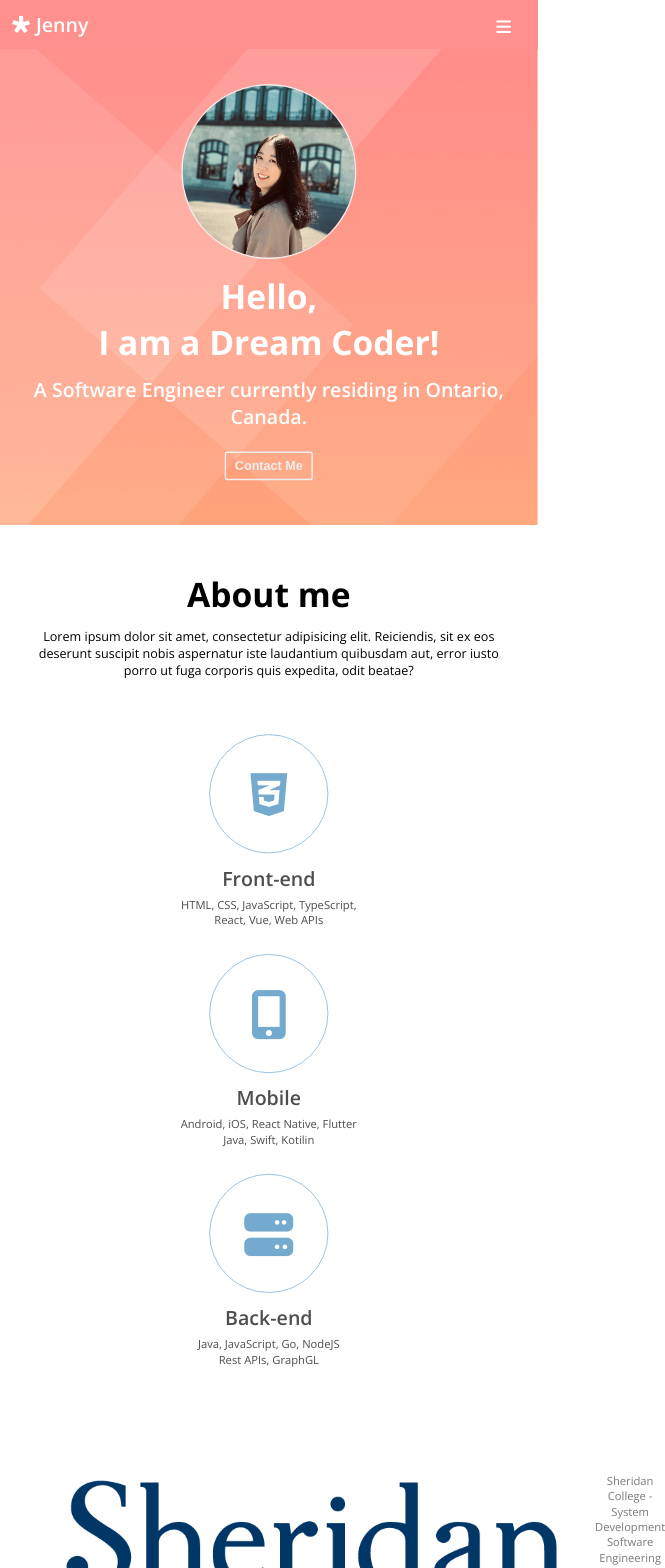
Repository: jennyjjung/portfolio.v0
Page: index.html
These files come from the project's save history. The page is drawn as it stood at one moment and after the next save; the edit follows.
The browser window is 768 px wide. The page is 950 px wide, so the pictures cover 950 px, including what lies to the right of the window. The pictures show the part of the page from y = 0 to 2240 px (the page is 5944 px tall), at 70% of full size.
Some web libraries are served in a nearby version.

Above is the page before, as saved 2022-02-28 11:23:23.

### index.html
<!DOCTYPE html>
<html lang="en">

<head>
  <meta charset="UTF-8">
  <meta http-equiv="X-UA-Compatible" content="IE=edge">
  <meta name="viewport" content="width=device-width, initial-scale=1.0">
  <title>Jenny's Portfolio</title>
  <meta name="description" content="Portfolio for world-renowned software engineer Jenny">
  <meta nema="author" content="Jenny">
  <link rel="icon" type="image/png" href="imgs/favicon.png" />
  <script src="https://kit.fontawesome.com/3a426e8432.js" crossorigin="anonymous"></script>
  <link rel="preconnect" href="https://fonts.googleapis.com">
  <link rel="preconnect" href="https://fonts.gstatic.com" crossorigin>
  <link href="https://fonts.googleapis.com/css2?family=Open+Sans:wght@400;600;700&display=swap" rel="stylesheet">
  <link rel="stylesheet" href="style.css" />
  <script src="main.js" defer></script>
</head>

<body>
  <!-- Navbar -->
  <nav id="navbar">
    <div class="navbar__logo">
      <i class="fab fa-diaspora"></i>
      <a href="#">Jenny</a>
    </div>
    <div class="navbar__menu">
        <li class="navbar__menu__item active" data-link="#home">Home</li>
        <li class="navbar__menu__item" data-link="#about">About</li>
        <li class="navbar__menu__item" data-link="#skills">Skills</li>
        <li class="navbar__menu__item" data-link="#work">My Work</li>
        <li class="navbar__menu__item" data-link="#testimonials">Testimonial</li>
        <li class="navbar__menu__item" data-link="#contact">Contact</li>
    </div>

    <!-- Toggel button -->
    <button class="navbar__toggle-btn">
      <i class="fas fa-bars"></i>
    </button>



  </nav>

  <!-- Home -->
  <section id="home">
    <div class= "home__container">
      <img src="imgs/profile.png" alt="Jenny's profile photo" class="home__avartar">
      <h1 class="home__title">Hello, <br>I am a Dream Coder!</h1>
      <h2 class="home__description">A Software Engineer currently residing in Ontario, Canada.</h2>
      <button class="home__contact">Contact Me</button>
    </div>
  </section>

  <!-- About -->
  <section id="about" class="section section__container">
    <h1>About me</h1>
    <p>
      Lorem ipsum dolor sit amet, consectetur adipisicing elit. Reiciendis, sit ex eos deserunt suscipit nobis
      aspernatur iste laudantium quibusdam aut, error iusto porro ut fuga corporis quis expedita, odit beatae?
    </p>
    <div class="about__majors">
      <div class="major">
        <div class="major__icon">
          <i class="fab fa-css3-alt"></i>
        </div>
        <h2 class="major__title">Front-end</h2>
        <div class="major__description">HTML, CSS, JavaScript, TypeScript, <br>React, Vue, Web APIs</div>
      </div>
      <div class="major">
        <div class="major__icon">
          <i class="fas fa-mobile-alt"></i>
        </div>
        <h2 class="major__title">Mobile</h2>
        <div class="major__description">Android, iOS, React Native, Flutter<br>Java, Swift, Kotilin</div>
      </div>
      <div class="major">
        <div class="major__icon">
          <i class="fas fa-server"></i>
        </div>
        <h2 class="major__title">Back-end</h2>
        <div class="major__description">Java, JavaScript, Go, NodeJS<br>Rest APIs, GraphGL</div>
      </div>
    </div>
    <div class="about__org">
      <div class="org">
        <img src="imgs/Sheridan_College_Logo.png" alt="Sheridan College" class="org__logo">
        <div class="job__description">
          <p class="org__name">Sheridan College - System Development Software Engineering</p>
          <p class="org__period">2021 Jan - Until now</p>
        </div>
      </div>
    </div>
  </section>

  <!-- Skills -->
  <section id="skills" class="section">
    <div class="section__container">
      <h1>Skills</h1>
      <h2>Skills & Attributes</h2>
      <p>
        Experience with all phases of the software life-cycle. Passion for learning new technologies. Capable of working
        within a team environment and independently. Ability to plan and time scheedule, work under strict time pressure
        and adapt quickly when needed.
      </p>

      <div class="skillset">
        <div class="skillset__left">
          <h3 class="skillset_title">Skills</h3>
          <div class="skill">
            <div class="skill_description">
              <span>Java</span>
              <span>80%</span>
            </div>
            <div class="skill__bar">
              <div class="skill__value" style="width:80%;"></div>
            </div>
          </div>
          <div class="skill">
            <div class="skill_description">
              <span>HTML, CSS</span>
              <span>95%</span>
            </div>
            <div class="skill__bar">
              <div class="skill__value" style="width:90%;"></div>
            </div>
          </div>
          <div class="skill">
            <div class="skill_description">
              <span>JavaScripnt</span>
              <span>80%</span>
            </div>
            <div class="skill__bar">
              <div class="skill__value" style="width:80%;"></div>
            </div>
          </div>
          <div class="skill">
            <div class="skill_description">
              <span>PHP</span>
              <span>50%</span>
            </div>
            <div class="skill__bar">
              <div class="skill__value" style="width:50%;"></div>
            </div>
          </div>
        </div>

        <div class="skillset__right">
          <div class="tools">
            <h3 class="skillset_title">Tools</h3>
            <ul class="tools__list">
              <li><span>Eclipse, Netbeans, IntelliJ</span></li>
              <li><span>Visual Studio Code, Atom</span></li>
              <li><span>Azure Data Studio</span></li>
              <li><span>Visual Paradigm</span></li>
            </ul>
          </div>
          <div class="technologies">
            <h3 class="skillset_title">Technologies</h3>
            <ul class="tools__list">
              <li><span>Linux</span></li>
              <li><span>Web Development</span></li>
              <li><span>Git</span></li>
            </ul>
          </div>
        </div>
      </div>
    </div>
  </section>

  <!-- Work -->
  <section id="work" class="section">
    <div class="section__container">
      <h1>My work</h1>
      <h3>Projects</h3>
      <div class="work__categories">
        <button class="category__btn selected" data-filter="*">All <span class="category__count">8</span></button>
        <button class="category__btn" data-filter="front-end">Front-end <span class="category__count">3</span></button>
        <button class="category__btn" data-filter="back-end">Back-end <span class="category__count">3</span></button>
        <button class="category__btn" data-filter="mobile">Mobile <span class="category__count">2</span></button>
      </div>

      <div class="work__projects">
        <a href="#" class="project" target="blank" data-type="front-end">
          <img class="project__img" src="imgs/projects/project1.png" alt="project1">
          <div class="project__description">
            <h3>Youtube Site</h3>
            <span>Clone coding with HTML and CSS</span>
          </div>
        </a>


        <a href="#" class="project" target="blank" data-type="back-end">
          <img class="project__img" src="imgs/projects/project2.png" alt="project2">
          <div class="project__description">
            <h3>project2</h3>
            <span>Clone coding with HTML and CSS</span>
          </div>
        </a>

        <a href="#" class="project" target="blank" data-type="front-end">
          <img class="project__img" src="imgs/projects/project3.png" alt="project3">
          <div class="project__description">
            <h3>project3</h3>
            <span>Clone coding with HTML and CSS</span>
          </div>
        </a>

        <a href="#" class="project" target="blank" data-type="back-end">
          <img class="project__img" src="imgs/projects/project4.png" alt="project4">
          <div class="project__description">
            <h3>project4</h3>
            <span>Clone coding with HTML and CSS</span>
          </div>
        </a>

        <a href="#" class="project" target="blank" data-type="mobile">
          <img class="project__img" src="imgs/projects/project5.png" alt="project5">
          <div class="project__description">
            <h3>project5</h3>
            <span>Clone coding with HTML and CSS</span>
          </div>
        </a>


        <a href="#" class="project" target="blank" data-type="front-end">
          <img class="project__img" src="imgs/projects/project6.png" alt="project6">
          <div class="project__description">
            <h3>project6</h3>
            <span>Clone coding with HTML and CSS</span>
          </div>
        </a>


        <a href="#" class="project" target="blank" data-type="mobile">
          <img class="project__img" src="imgs/projects/project7.png" alt="project7">
          <div class="project__description">
            <h3>project7</h3>
            <span>Clone coding with HTML and CSS</span>
          </div>
        </a>


        <a href="#" class="project" target="blank" data-type="back-end">
          <img class="project__img" src="imgs/projects/project8.png" alt="project8">
          <div class="project__description">
            <h3>project8</h3>
            <span>Clone coding with HTML and CSS</span>
          </div>
        </a>
      </div>
    </div>
  </section>

  <!-- Testimonials -->
  <section id="testimonials" class="section">
    <div class="section__container">
      <h1>Testimonials</h1>
      <h3>See what they say about me</h3>
      <div class="testimonials">
        <div class="testimonial">
          <img src="imgs/testimonial/bob.jpg" alt="People" class="testimonial__avatar">
          <div class="testimonial__speech-bubble">
            <p>Lorem ipsum dolor sit amet consectetur adipisicing elit. Laboriosam, labore rem? Totam, vitae. Explicabo accusantium fuga, blanditiis dicta placeat ducimus delectus incidunt atque illo debitis nemo exercitationem animi consequatur rerum.</p>
            <p class="name"><a href="#">Ellie </a>/ Samsung</p>
          </div>
        </div>
      </div>

      <div class="testimonials">
        <div class="testimonial">
          <div class="testimonial__speech-bubble">
            <p>Lorem ipsum dolor sit amet consectetur adipisicing elit. Laboriosam, labore rem? Totam, vitae. Explicabo accusantium fuga, blanditiis dicta placeat ducimus delectus incidunt atque illo debitis nemo exercitationem animi consequatur rerum.</p>
            <p class="name"><a href="#">Chris </a>/ Samsung</p>
          </div>
          <img src="imgs/testimonial/bob.jpg" alt="People" class="testimonial__avatar">
        </div>
      </div>
    </div>

  </section>

  <!-- Contact -->
  <section id="contact" class="section">
    <h1 class="contact__title">Let's talk</h1>
    <h2 class="contact__email">jungjuyo@sheridancollege.ca</h2>
    <div class="contact__links">
      <a href="https://github.com/jennyjjung" target="_blank">
        <i class="fa fa-github"></i>
      </a>
      <a href="https://www.linkedin.com/in/jennyjjung" target="_blank">
        <i class="fa fa-linkedin-square"></i>
      </a>
    </div>
    <p class="contact__rights">2021 Jenny Juyoung Jung - All reights reserved</p>
  </section>

  <!-- Arrow up-->
  <button class="arrow-up">
    <i class="fa-solid fa-arrow-up"></i>
  </button>
</body>

</html>

### style.css
/* Global */
:root {
  /* Color */
  --color-white: #ffffff;
  --color-light-white: #eeeeee;
  --color-dark-white: #bdbdbd;
  --color-pink: #fe918d;
  --color-dark-pink: #ff6863;
  --color-dark-grey: #4d4d4d;
  --color-grey: #616161;
  --color-light-grey: #7c7979;
  --color-blue: #73aace;
  --color-yellow: #fff7d1;
  --color-orange: #feb546;
  --color-black: #000000;

  /* Font weight */
  --weight-bold: 700;
  --weight-semi-bold: 600;
  --weight-regular: 400;

  /* Font Size */
  --font-large: 48px;
  --font-medium: 28px;
  --font-regular: 18px;
  --font-small: 16px;
  --font-micro: 14px;

  /* Size */
  --size-border-radius: 4px;

  /* Animation */
  --animation-duration: 300ms;
}

/* Universal tags */
* {
  box-sizing: border-box;
}

body {
  margin: 0;
  font-family: "Open Sans", sans-serif;
  cursor: default;
}

a {
  text-decoration: none;
  color: var(--color-white);
}

ul {
  list-style: none;
  padding-left: 0;
}

li {
  list-style: none;
}

button {
  background-color: transparent;
  cursor: pointer;
  border: none;
  outline: none;
}

/* Typography */
h1 {
  font-size: var(--font-large);
  font-weight: var(--weight-bold);
  color: var(--color-black);
  margin: 16px 0px;
}

h2 {
  font-size: var(--font-medium);
  font-weight: var(--weight-semi-bold);
  color: var(--color-black);
  margin: 8px 0;
}

h3 {
  font-size: var(--font-regular);
  font-weight: var(--weight-regular);
  color: var(--color-black);
  margin: 8px 0;
}

p {
  font-size: var(--font-regular);
  font-weight: var(--weight-regular);
  color: var(--color-black);
  margin: 4px 0;
}

/* Navbar */
#navbar {
  position: fixed;
  width: 100%;
  display: flex;
  justify-content: space-between;
  background-color: transparent;
  align-items: center;
  color: var(--color-white);
  padding: 16px;
  transition: all var(--animation-duration) ease-in-out;
  z-index: 1;
}

#navbar.navbar--dark {
  background-color: var(--color-pink);
  padding: 5px;
}

.navbar__menu {
  display: flex;
}

.navbar__logo {
  font-size: var(--font-medium);
  font-weight: var(--weight-semi-bold);
}

.navbar__menu__item {
  padding: 8px 12px;
  margin: 0 4px;
  cursor: pointer;
  color: var(--color-white);
  border: 1px solid transparent;
  border-radius: var(--size-border-radius);
}

.navbar__menu__item:hover {
  border-color: var(--color-white);
  background-color: var(--color-dark-pink);
}

.navbar__toggle-btn {
  position: absolute;
  right: 32px;
  font-size: 24px;
  color: var(--color-white);
  top: 24px;
  display: none;
}

/* Home */
#home {
  background: url("imgs/homebackground.png") center/cover no-repeat;
  padding: 40px;
  padding-top: 120px;
  text-align: center;
}

.home__avartar {
  width: 250px;
  height: 250px;
  border-radius: 50%;
  border: 2px solid var(--color-light-white);
}

.home__title,
.home__description {
  color: var(--color-white);
}

.home__contact {
  color: var(--color-light-white);
  font-size: var(--font-regular);
  font-weight: var(--weight-bold);
  margin: 24px;
  padding: 8px 12px;
  border: 2px solid var(--color-light-white);
  border-radius: var(--size-border-radius);
}

/* Section common */
.section {
  padding: 50px;
  text-align: center;
  margin: auto;
}

.section__container {
  max-width: 1200px;
  margin: auto;
}

/* About */
.about__majors {
  display: flex;
  justify-content: space-between;
  margin: 80px 0;
}

.major__icon {
  width: 170px;
  height: 170px;
  line-height: 170px;
  font-size: 70px;
  margin: auto;
  color: var(--color-blue);
  border: 1px solid var(--color-blue);
  border-radius: 50%;
  margin-bottom: 16px;
}

.major__icon i {
  transition: all var(--animation-duration) ease;
}

.major__icon:hover i {
  color: var(--color-pink);
  transform: rotate(-30deg) scale(1.1);
}

.major__title,
.major__description {
  color: var(--color-dark-grey);
}

.major__description {
  font-size: var(--font-small);
}

.org {
  display: flex;
  align-items: center;
}

.org__description {
  margin: 0 16px;
  text-align: left;
}

.org__name,
.org__period {
  color: var(--color-light-grey);
}

.org__name {
  font-size: var(--font-small);
}

.org__period {
  font-size: var(--font-micro);
}

/* Skill */

#skills {
  background-color: var(--color-yellow);
}

.skillset {
  display: flex;
  background-color: var(--color-light-grey);
  color: var(--color-light-white);
  margin: 20px 0;
}

.skillset_title {
  color: var(--color-white);
}

.skillset__left {
  flex-basis: 60%;
  background-color: var(--color-dark-grey);
  padding: 20px 40px;
}

.skill {
  margin-bottom: 32px;
}

.skill_description {
  display: flex;
  justify-content: space-between;
}

.skill__bar {
  width: 100%;
  height: 3px;
  background-color: var(--color-grey);
}

.skill__value {
  height: 3px;
  background-color: var(--color-orange);
}

.skillset__right {
  flex-basis: 40%;
}

.tools {
  background-color: var(--color-grey);
}

.tools,
.technologies {
  padding: 20px;
}

/* Work */

.work__categories {
  margin: 40px;
}
.category__btn {
  border: 1px solid var(--color-dark-white);
  border-radius: var(--size-border-radius);
  font-size: var(--font-regular);
  padding: 8px 48px;
}

.category__btn.selected,
.category__btn:hover {
  background-color: var(--color-pink);
  color: var(--color-white);
}

.category__btn.selected .category__count,
.category__btn:hover .category__count {
  opacity: 1;
  top: 0;
}

.category__count {
  background-color: var(--color-orange);
  border-radius: 50%;
  color: var(--color-white);
  width: 24px;
  line-height: 24px;
  display: inline-block;
  position: relative;
  top: -20px;
  left: 4px;
  opacity: 0;
  transition: all var(--animation-duration);
}

.work__projects {
  display: flex;
  flex-wrap: wrap;
  justify-content: center;
  opacity: 1;
  transition: all var(--animation-duration) ease-out;
}

.work__projects.anim-out {
  opacity: 0;
  transform: scale(0.96) translateY(40px);
}

.project {
  display: flex;
  justify-content: center;
  align-items: center;
  position: relative;
  width: 280px;
  height: 250px;
  margin: 2px;
  background-color: var(--color-light-white);
}

.project.invisible {
  display: none;
}

.project__img {
  max-width: 100%;
  max-height: 100%;
}

.project__description {
  display: flex;
  flex-direction: column;
  justify-content: center;
  background-color: black;
  position: absolute;
  top: 0;
  left: 0;
  width: 100%;
  height: 100%;
  opacity: 0;
  transform: translateY(10px);
  transition: all var(--animation-duration) ease;
}

.project:hover .project__description {
  opacity: 0.8;
  transform: translateY(0px);
}

.project__description h3 {
  color: var(--color-white);
}

.project__description h3:after {
  content: "";
  width: 25px;
  height: 2px;
  background-color: var(--color-dark-white);
  display: block;
  position: relative;
  left: 50%;
  margin-left: -12px;
  margin-top: 8px;
}

/* Testimonials */

#testimonials {
  background-color: var(--color-light-white);
}

.testimonials {
  margin: 40px;
}

.testimonial {
  display: flex;
  margin: 32px 0;
}

.testimonial__avatar {
  width: 150px;
  height: 150px;
  border-radius: 50%;
}

.testimonial__avatar:nth-child(odd) {
  margin-right: 40px;
}

.testimonial__avatar:nth-child(even) {
  margin-left: 40px;
}

.testimonial__speech-bubble {
  padding: 18px;
  background-color: var(--color-white);
  border-radius: var(--size-border-radius);
}

.testimonial__speech-bubble p {
  color: var(--color-light-grey);
}

.testimonial__speech-bubble a {
  color: var(--color-pink);
}

/* Contact */

#contact {
  background-color: var(--color-pink);
}

.contact__title,
.contact__email,
.contact__rights {
  color: var(--color-white);
}

.contact__title {
  margin: 32px 0;
}

.contact__links {
  font-size: var(--font-large);
  margin: 24px 0;
  transition: all var(--animation-duration);
}

.contact__links i:hover {
  transform: scale(1.1);
  color: var(--color-light-grey);
}

/* Scroll */
.arrow-up {
  position: fixed;
  bottom: 50px;
  right: 50px;
  width: 70px;
  height: 70px;
  font-size: 50px;
  color: var(--color-white);
  background-color: var(--color-pink);
  border-radius: 50%;
  opacity: 0;
  pointer-events: none;
  transition: opacity 300ms ease-in;
}

.arrow-up.visible {
  opacity: 1;
  pointer-events: auto;
}

/* For below 768px screen width */
@media screen and (max-width: 768px) {
  .navbar__toggle-btn {
    display: block;
  }

  #navbar {
    flex-direction: column;
    align-items: flex-start;
    background-color: var(--color-pink);
  }

  .navbar__menu {
    flex-direction: column;
    text-align: center;
    width: 100%;
    display: none;
  }

  .navbar__menu.open {
    display: block;
  }

  .about__majors {
    flex-direction: column;
  }

  .major {
    margin-bottom: 38px;
  }

  .skillset {
    flex-direction: column;
  }

  .project {
    flex-grow: 1;
  }

  .testimonial__avatar {
    width: 80px;
    height: 80px;
  }
}

Loaded but not shown: main.js (119 lines, source omitted)

After the next save:
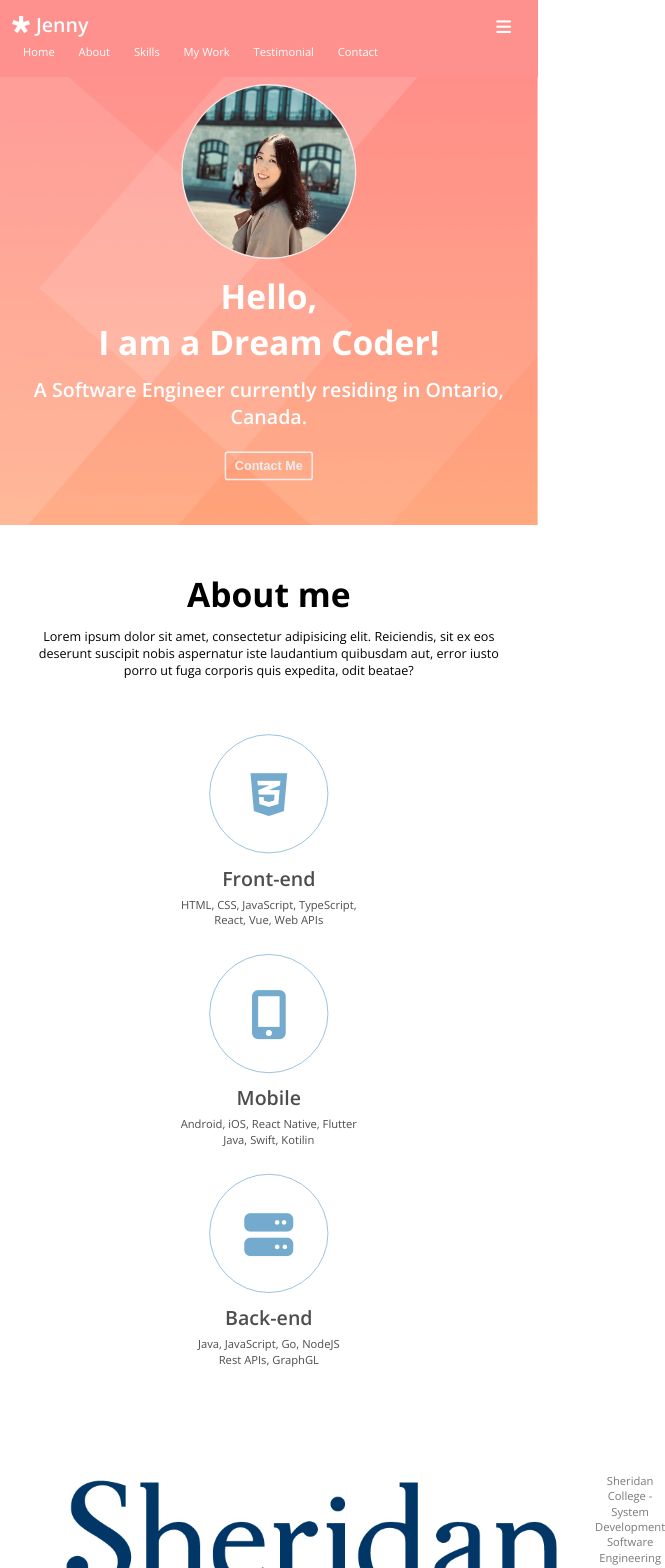
Saved 10 min 5 s later.
--- a/style.css
+++ b/style.css
@@ -513,7 +513,7 @@
     background-color: var(--color-pink);
   }
 
-  .navbar__menu {
+  #navbar. .navbar__menu {
     flex-direction: column;
     text-align: center;
     width: 100%;

After the 2 saves that followed:
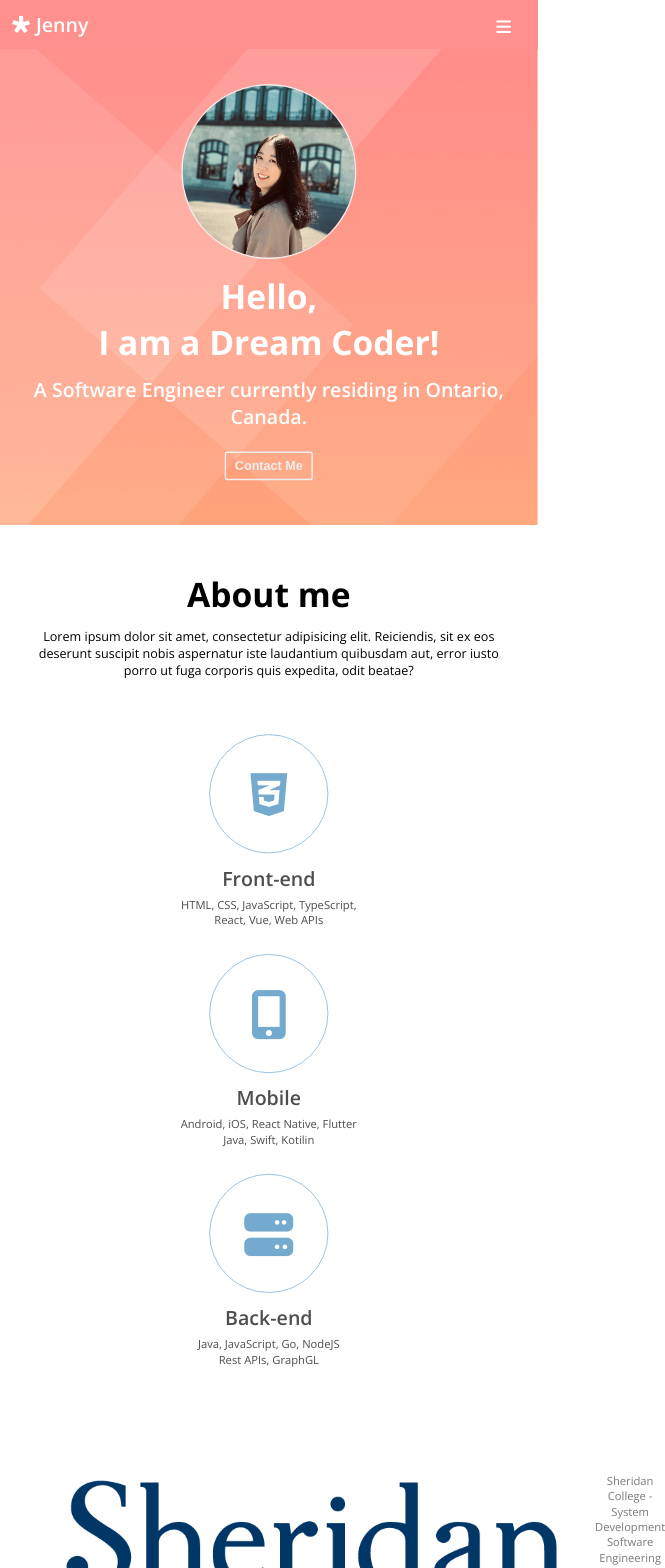
The 2 saves are shown as one change because 1 left the picture as it was.
The last was saved 42 s later.
--- a/style.css
+++ b/style.css
@@ -513,7 +513,11 @@
     background-color: var(--color-pink);
   }
 
-  #navbar. .navbar__menu {
+  #navbar.navbar--dark {
+    padding: 16px;
+  }
+
+  .navbar__menu {
     flex-direction: column;
     text-align: center;
     width: 100%;
